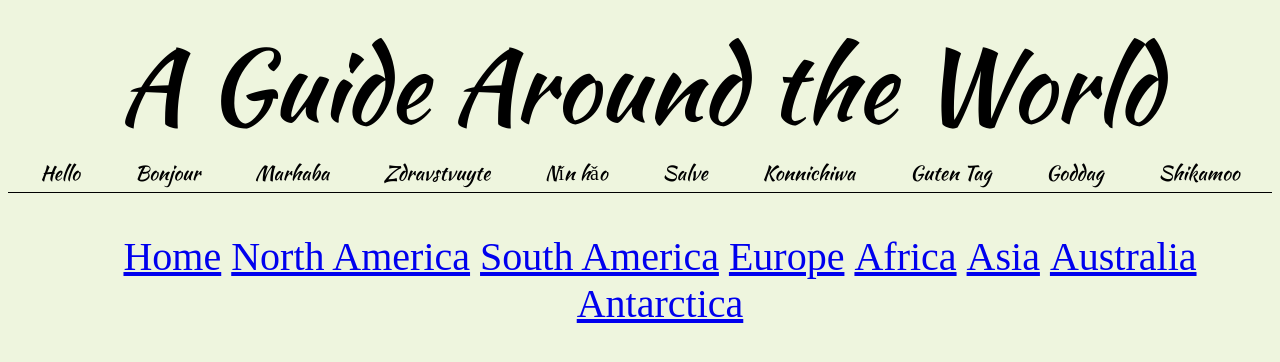
Repository: alharama/StaticWebsite
Page: index.html
The author's editor kept a copy of each file at every save. The page is drawn from the files as they stood at one save, then again after the next save.
The browser window is 1280 px wide. The pictures show the whole page.

Above is the page before, as saved 2021-09-20 21:07:40.

### index.html
<!DOCTYPE html>
<html>
<head>

    <title> A Guide Around the World</title>

    <style>

        @import url('https://fonts.googleapis.com/css2?family=Kaushan+Script&display=swap');

        header {
            text-align: center;
            padding: 5px;
            font-family: 'Kaushan Script', cursive;
            font-size: 100px;
            border-bottom: 1px solid;



        }

        .top_nav {
            width: 100%;
            font-size: 40px;
            text-align: center;
            padding: 0px;
        }

        .top_nav li {
            display: inline-block;
        }

        .topNav a {
            text-decoration: none;
            color: White;
        }

        .topNav a:hover {
            background-color: lightgray
        }

        body{
            background: rgb(238, 245, 222);

        }

        #languages{

            display: flex;
            font-size: 20px;
            justify-content:space-around;
        }


    </style>

</head>

    <header>
        A Guide Around the World


        <div id="languages">
            <span>Hello</span>
            <span>Bonjour</span>
            <span>Marhaba</span>
            <span>Zdravstvuyte</span>
            <span>Nǐn hǎo</span>
            <span>Salve</span>
            <span>Konnichiwa</span>
            <span>Guten Tag</span>
            <span>Goddag</span>
            <span>Shikamoo</span>
        </div>
    </header>

    <body>

        <nav class="top_nav">
            <ul id="top_nav">
                <li><a href="/index.html">Home</a></li>
                <li><a href="/na_page.html">North America</a></li>
                <li><a href="/sa_page.html">South America</a></li>
                <li><a href="/eu_page.html">Europe</a></li>
                <li><a href="/af_page.html">Africa</a></li>
                <li><a href="/as_page.html">Asia</a></li>
                <li><a href="/au_page.html">Australia</a></li>
                <li><a href="/ant_page.html">Antarctica</a></li>
            </ul>
        </nav>








    </body>

</html>

After the next save:
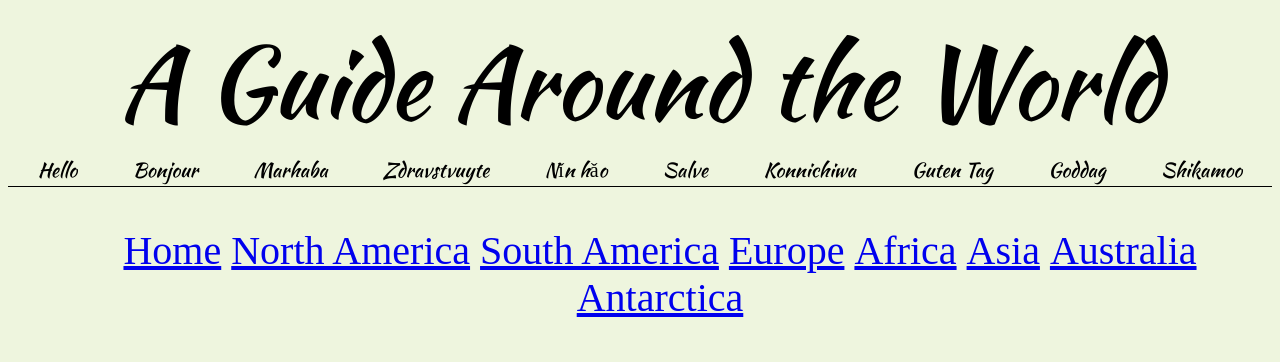
Saved 37 s later.
--- a/index.html
+++ b/index.html
@@ -10,12 +10,10 @@
 
         header {
             text-align: center;
-            padding: 5px;
+            padding: 2px;
             font-family: 'Kaushan Script', cursive;
             font-size: 100px;
             border-bottom: 1px solid;
-
-
 
         }
 

After the save that followed:
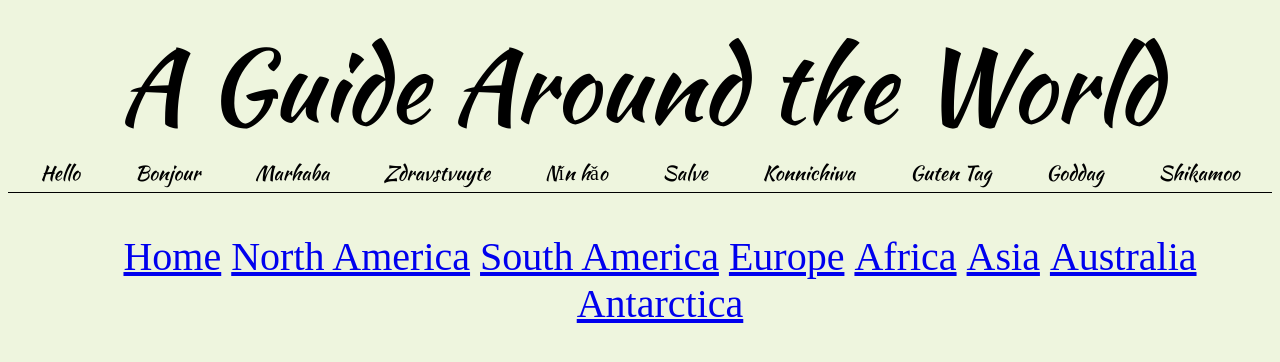
Saved 4 s later.
--- a/index.html
+++ b/index.html
@@ -10,7 +10,7 @@
 
         header {
             text-align: center;
-            padding: 2px;
+            padding: 5px;
             font-family: 'Kaushan Script', cursive;
             font-size: 100px;
             border-bottom: 1px solid;
